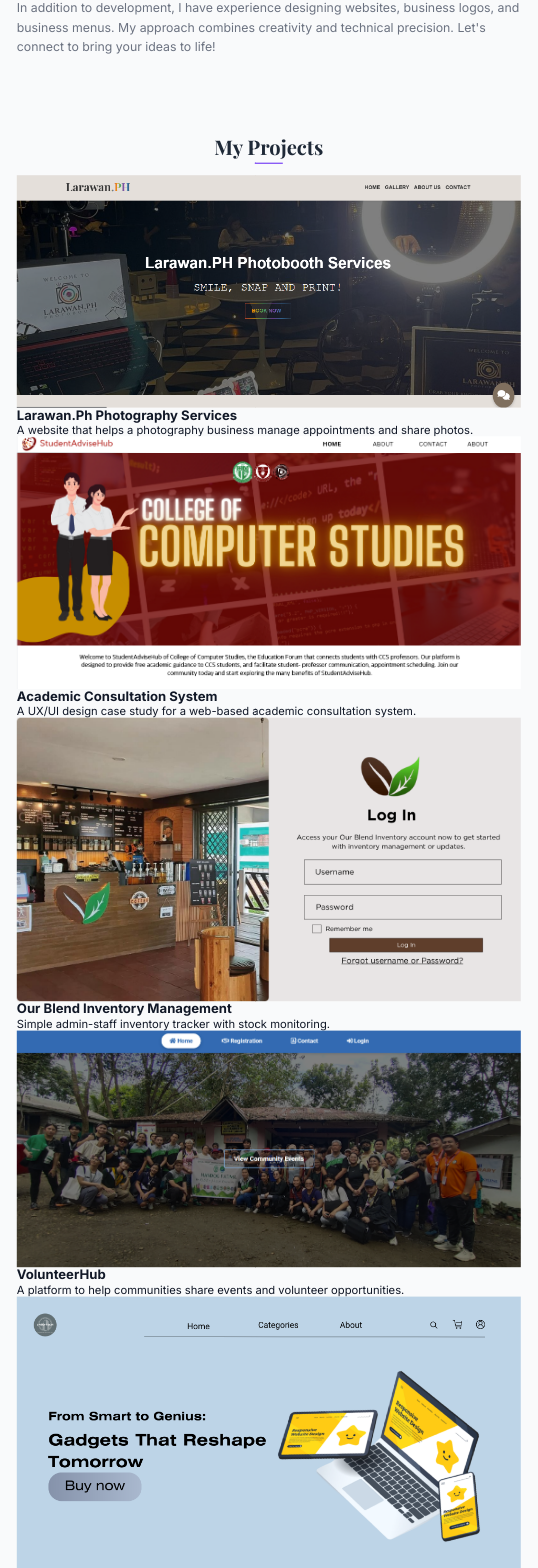
Repository: SBonghanoy/portfoliooo
Page: portfolio.html
These files come from the project's save history. The page is drawn as it stood at one moment and after the next save; the edit follows.
The browser window is 768 px wide. The pictures show the part of the page from y = 1116 to 3356 px (the page is 8484 px tall before and 4436 px after), at 70% of full size.

Above is the page before, as saved 2026-01-18 19:25:23.
Not found: script.js

After the next save:
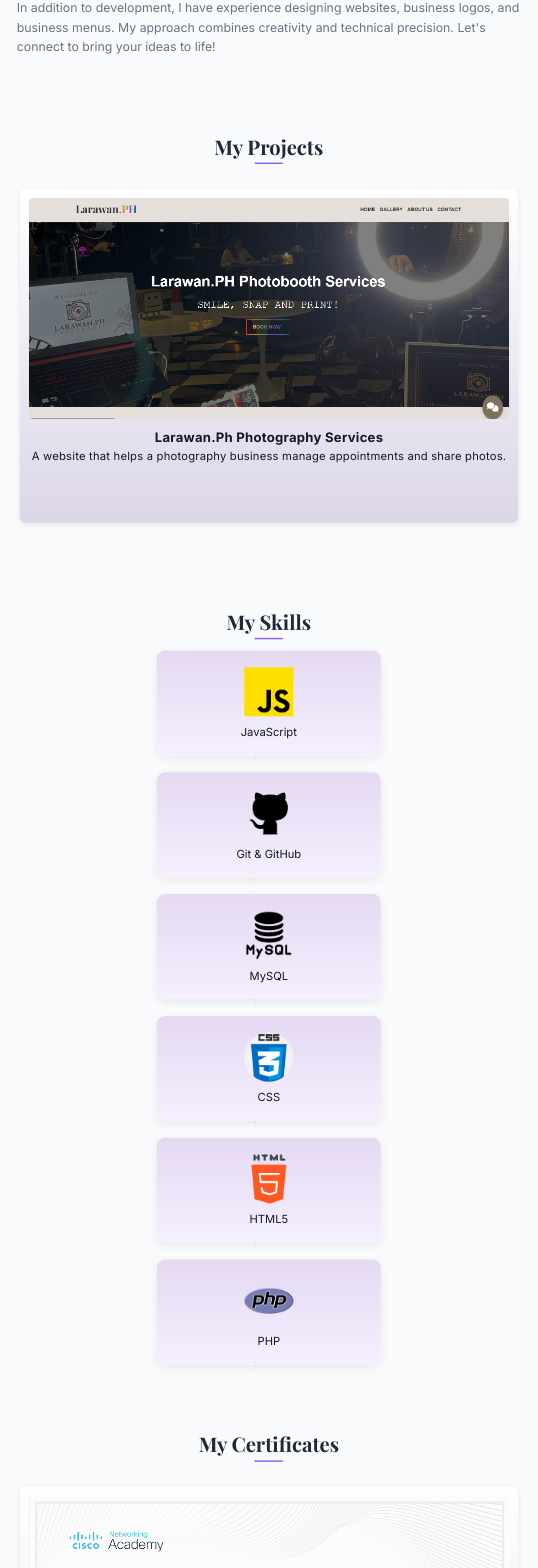
Saved 20 s later.
--- a/style.css
+++ b/style.css
@@ -10,7 +10,6 @@
 * { margin: 0; padding: 0; box-sizing: border-box; font-family: 'Inter', sans-serif; }
 html, body { width: 100%; overflow-x: hidden; }
 img { max-width: 100%; height: auto; display: block; }
-
 body {
   color: var(--text-dark);
   background-color: var(--background-light);
@@ -19,7 +18,6 @@
   position: relative;
   font-family: Avenir, sans-serif, 'Inter', sans-serif;
 }
-
 section { scroll-margin-top: 110px; }
 
 /* Background */
@@ -39,7 +37,6 @@
   50% { background-position: 100% 50%; }
   100% { background-position: 0% 50%; }
 }
-
 .circles { position: absolute; inset: 0; overflow: hidden; }
 .circles li {
   position: absolute;
@@ -66,7 +63,7 @@
   100% { transform: translateY(-1000px) rotate(720deg); opacity: 0; border-radius: 50%; }
 }
 
-/* Header */
+/* Header + Nav */
 header {
   background: linear-gradient(135deg, #FFFFFF 0%, #c4b8e3 100%);
   padding: 14px 0;
@@ -77,7 +74,7 @@
   box-shadow: 0 4px 6px rgba(0,0,0,0.05);
 }
 
-nav {
+.nav {
   max-width: 1280px;
   margin: 0 auto;
   display: flex;
@@ -87,7 +84,7 @@
   gap: 1rem;
 }
 
-nav h1 {
+.brand {
   font-size: 1.6rem;
   font-weight: 700;
   font-family: 'Libre Baskerville', serif;
@@ -95,15 +92,37 @@
   white-space: nowrap;
 }
 
+/* Hamburger */
+.nav-toggle {
+  display: none;
+  width: 44px;
+  height: 44px;
+  border: none;
+  background: rgba(255,255,255,0.35);
+  border-radius: 10px;
+  cursor: pointer;
+  align-items: center;
+  justify-content: center;
+  padding: 8px;
+}
+.nav-toggle span {
+  display: block;
+  width: 22px;
+  height: 2px;
+  background: var(--background-dark);
+  margin: 4px 0;
+  border-radius: 2px;
+}
+
+/* Nav menu */
 .nav-right {
   display: flex;
   align-items: center;
   gap: 1.2rem;
 }
-
-nav ul { list-style: none; display: flex; gap: 1.5rem; }
-
-nav a {
+.nav-links { list-style: none; display: flex; gap: 1.5rem; }
+
+.nav-links a {
   color: var(--text-muted);
   text-decoration: none;
   font-size: 0.9rem;
@@ -111,8 +130,7 @@
   position: relative;
   transition: color 0.3s ease;
 }
-
-nav a::after {
+.nav-links a::after {
   content: '';
   position: absolute;
   width: 0;
@@ -122,8 +140,8 @@
   background: var(--accent-color);
   transition: width 0.3s ease;
 }
-nav a:hover::after { width: 100%; }
-nav a:hover { color: var(--accent-color); }
+.nav-links a:hover::after { width: 100%; }
+.nav-links a:hover { color: var(--accent-color); }
 
 .cv-button {
   background-color: var(--accent-color);
@@ -138,28 +156,6 @@
 }
 .cv-button:hover { background-color: #7C3AED; transform: translateY(-2px); }
 
-/* Mobile button */
-.nav-toggle {
-  display: none;
-  width: 44px;
-  height: 44px;
-  border: none;
-  background: rgba(255,255,255,0.35);
-  border-radius: 10px;
-  cursor: pointer;
-  align-items: center;
-  justify-content: center;
-  padding: 8px;
-}
-.nav-toggle span {
-  display: block;
-  width: 22px;
-  height: 2px;
-  background: var(--background-dark);
-  margin: 4px 0;
-  border-radius: 2px;
-}
-
 /* Hero */
 .hero {
   max-width: 1280px;
@@ -172,7 +168,6 @@
   position: relative;
   z-index: 1;
 }
-
 .hero img {
   width: 180px;
   height: 180px;
@@ -233,9 +228,8 @@
 .about-text p { font-size: 1.1rem; margin-bottom: 0.9rem; color: var(--text-muted); line-height: 1.6; }
 
 /* Carousel */
-.certificate-carousel-wrapper { position: relative; overflow: hidden; padding: 1rem 0; }
-
-.certificate-carousel {
+.carousel-wrapper { position: relative; overflow: hidden; padding: 1rem 0; }
+.carousel {
   display: flex;
   gap: 1.5rem;
   overflow-x: auto;
@@ -244,9 +238,9 @@
   padding: 0.25rem 0.25rem 0.75rem;
   scrollbar-width: none;
 }
-.certificate-carousel::-webkit-scrollbar { display: none; }
-
-.certificate-item {
+.carousel::-webkit-scrollbar { display: none; }
+
+.carousel-item {
   flex: 0 0 calc((100% - 3rem) / 3);
   min-width: calc((100% - 3rem) / 3);
   background: linear-gradient(to bottom, #ffffff, #dcd6e7);
@@ -255,7 +249,8 @@
   padding: 0.8rem;
   text-align: center;
 }
-.certificate-item img { width: 100%; border-radius: 6px; margin-bottom: 0.8rem; cursor: pointer; }
+.carousel-item img { border-radius: 6px; margin-bottom: 0.8rem; cursor: pointer; }
+.carousel-item h3, .carousel-item p { line-height: 1.5; letter-spacing: 0.02em; }
 
 .scroll-btn {
   position: absolute;
@@ -273,6 +268,7 @@
   display: flex;
   align-items: center;
   justify-content: center;
+  user-select: none;
 }
 .scroll-btn.left { left: 8px; }
 .scroll-btn.right { right: 8px; }
@@ -352,7 +348,6 @@
   z-index: 10001;
 }
 
-/* CV modal layout */
 .cv-modal-content {
   display: flex;
   flex-direction: column;
@@ -371,7 +366,7 @@
 
 /* Responsive */
 @media (max-width: 1024px) {
-  .certificate-item {
+  .carousel-item {
     flex: 0 0 calc((100% - 1.5rem) / 2);
     min-width: calc((100% - 1.5rem) / 2);
   }
@@ -382,6 +377,7 @@
   section { scroll-margin-top: 150px; }
   .nav-toggle { display: inline-flex; }
 
+  /* mobile menu */
   .nav-right {
     display: none;
     width: 100%;
@@ -392,17 +388,16 @@
   }
   .nav-right.open { display: flex; }
 
-  nav ul {
+  .nav-links {
     flex-direction: column;
     gap: 0.75rem;
     padding: 0.75rem 0;
     border-top: 1px solid rgba(17, 24, 39, 0.12);
     border-bottom: 1px solid rgba(17, 24, 39, 0.12);
   }
-
   .cv-button { width: 100%; padding: 0.85rem 1rem; }
 
-  .certificate-item { flex: 0 0 100%; min-width: 100%; }
+  .carousel-item { flex: 0 0 100%; min-width: 100%; }
   .scroll-btn { display: none; }
 
   .skills-grid { grid-template-columns: 1fr; }
